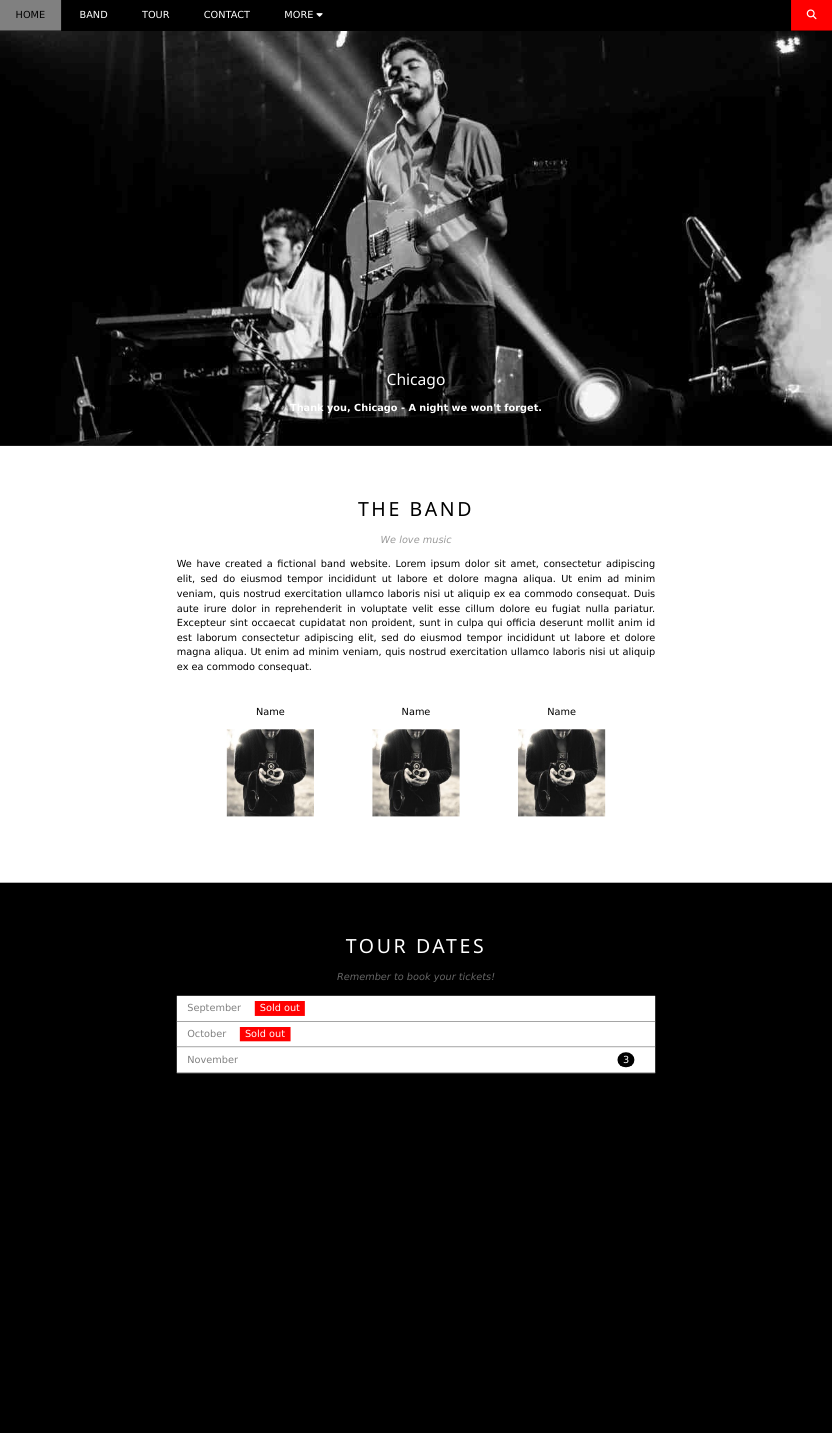
Repository: ngotranphuongbao/theband
Page: index.html
The author's editor kept a copy of each file at every save. The page is drawn from the files as they stood at one save, then again after the next save.
The browser window is 1280 px wide. The pictures show the whole page, at 65% of full size.
Some web libraries are served in a nearby version.

Above is the page before, as saved 2022-12-21 23:01:52.

After the next save:
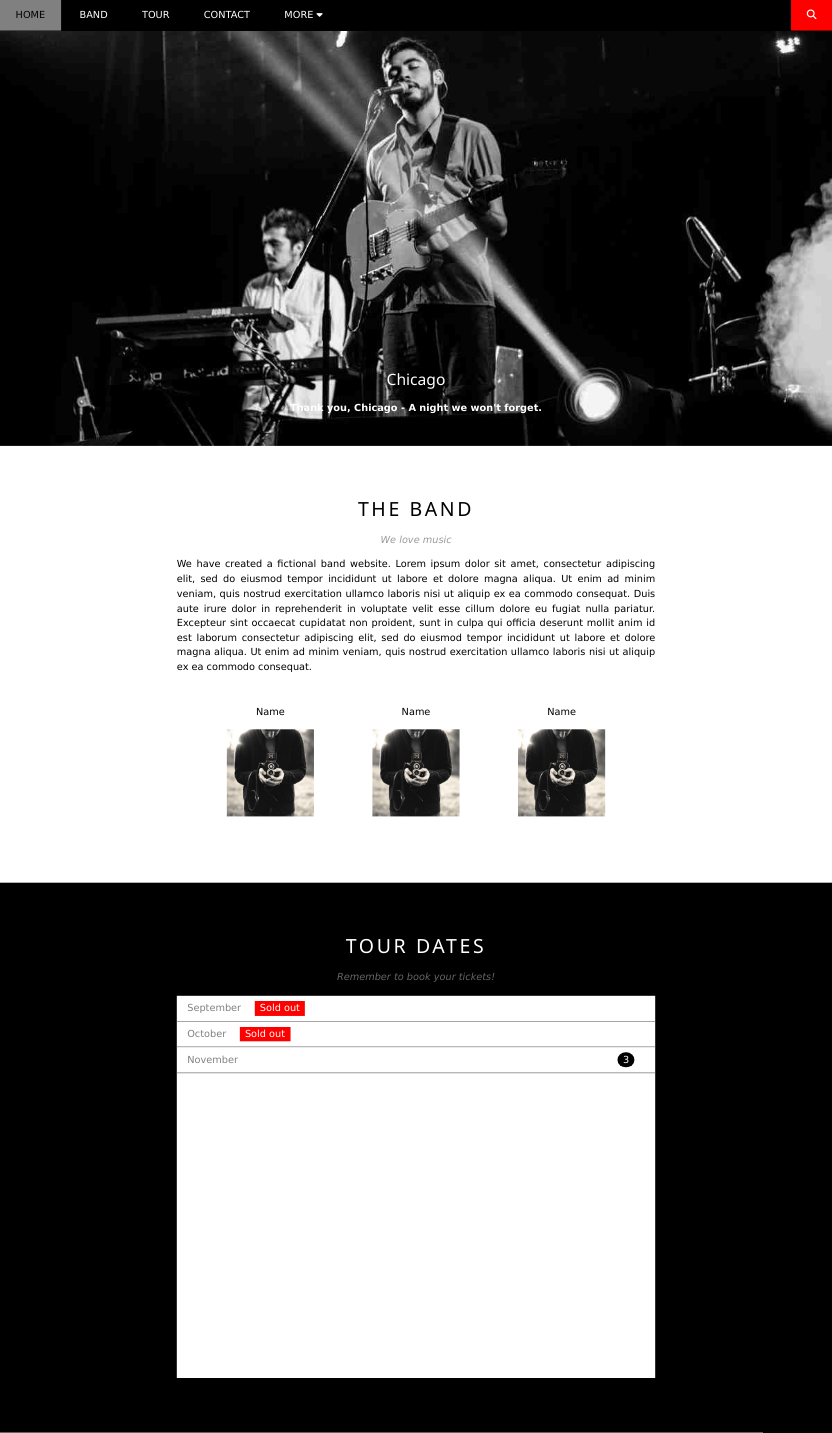
Saved 27 min 18 s later.
--- a/index.html
+++ b/index.html
@@ -86,6 +86,9 @@
                             <span class="w3-badge">3</span>
                         </li>
                     </ul>
+                    <div id="location">
+
+                    </div>
                 </div>
 
 
--- a/assets/css/style.css
+++ b/assets/css/style.css
@@ -213,6 +213,11 @@ html {
     float: right;
     margin-right: 16px;
 }
+
+#location {
+    height: 469px;
+    background-color: white;
+}
 #footer {
 
 }

After the 3 saves that followed:
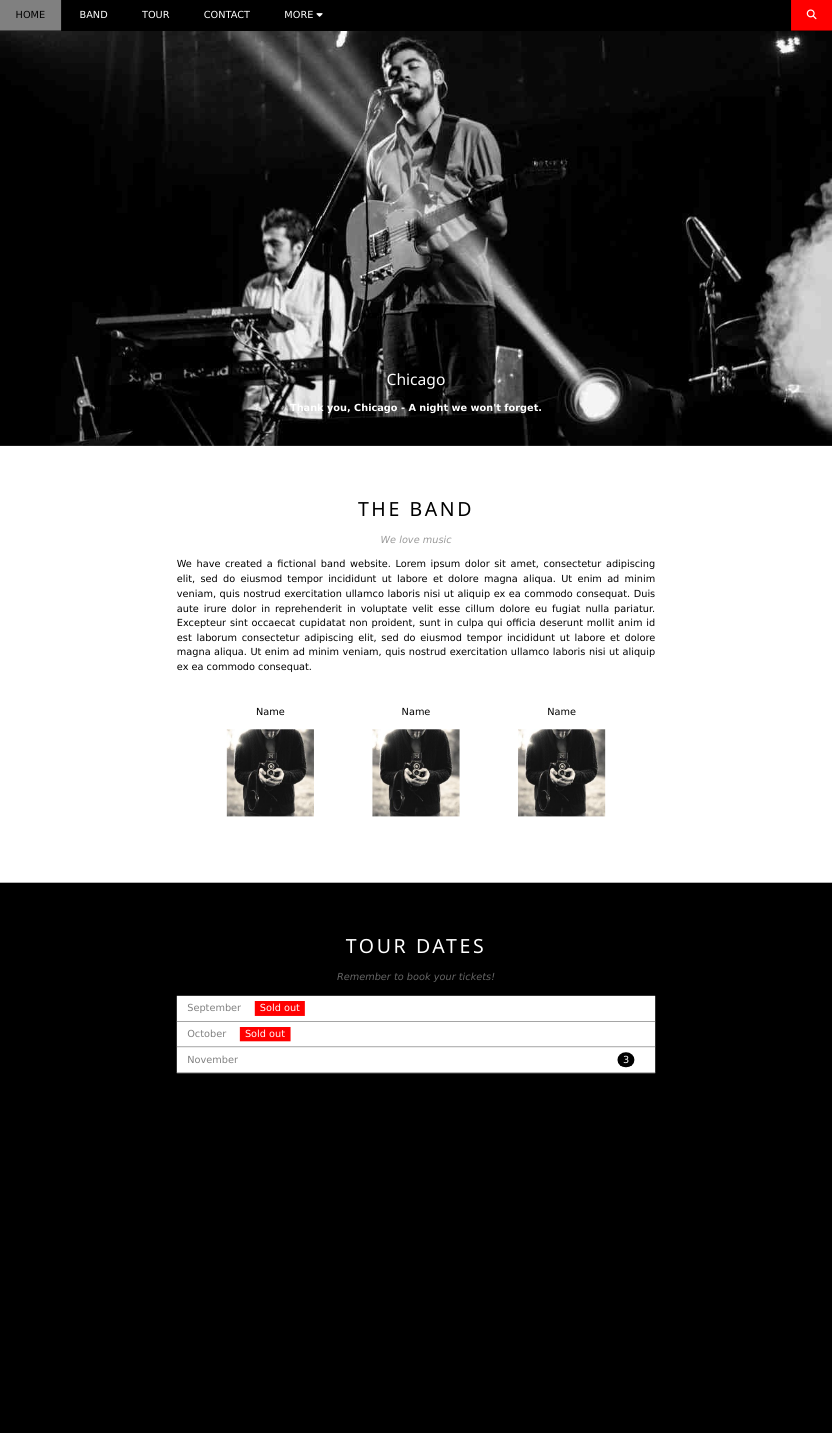
The 3 saves are shown as one change because 2 left the picture as it was.
The last was saved 13 min 20 s later.
--- a/index.html
+++ b/index.html
@@ -87,7 +87,17 @@
                         </li>
                     </ul>
                     <div id="location">
+                        <div class="location-info">
 
+                        </div>
+
+                        <div class="location-info">
+
+                        </div>
+
+                        <div class="location-info">
+
+                        </div>
                     </div>
                 </div>
 
--- a/assets/css/style.css
+++ b/assets/css/style.css
@@ -216,7 +216,13 @@ html {
 
 #location {
     height: 469px;
-    background-color: white;
+    padding: 32px 8px;
+}
+
+.location-info {
+    display: inline-block;
+    width: calc(100%/3);
+    background-color: black;
 }
 #footer {
 
